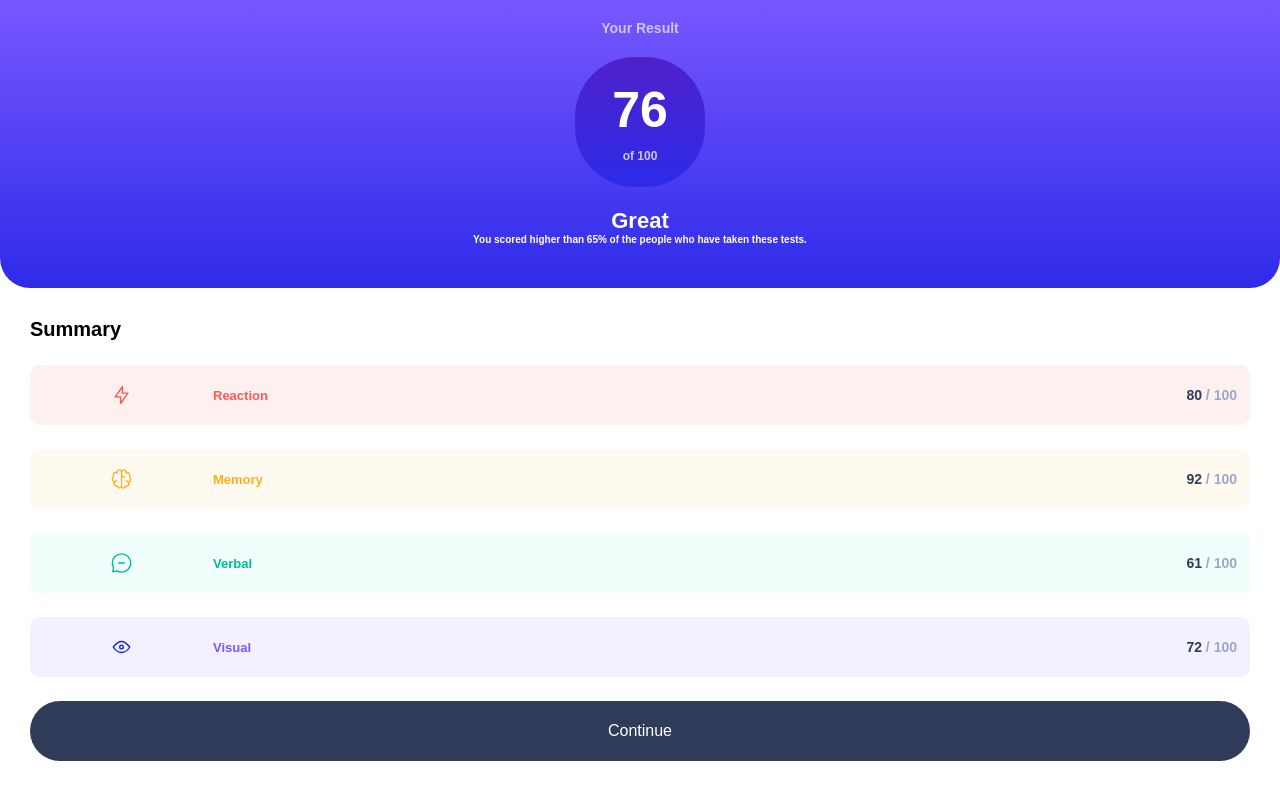
Repository: limaneto/frontend-mentor-results-summary
Page: index.html
These files come from the project's save history. The page is drawn as it stood at one moment and after the next save; the edit follows.
The browser window is 1280 px wide. The pictures show the whole page.

Above is the page before, as saved 2023-11-06 10:11:27.

After the next save:
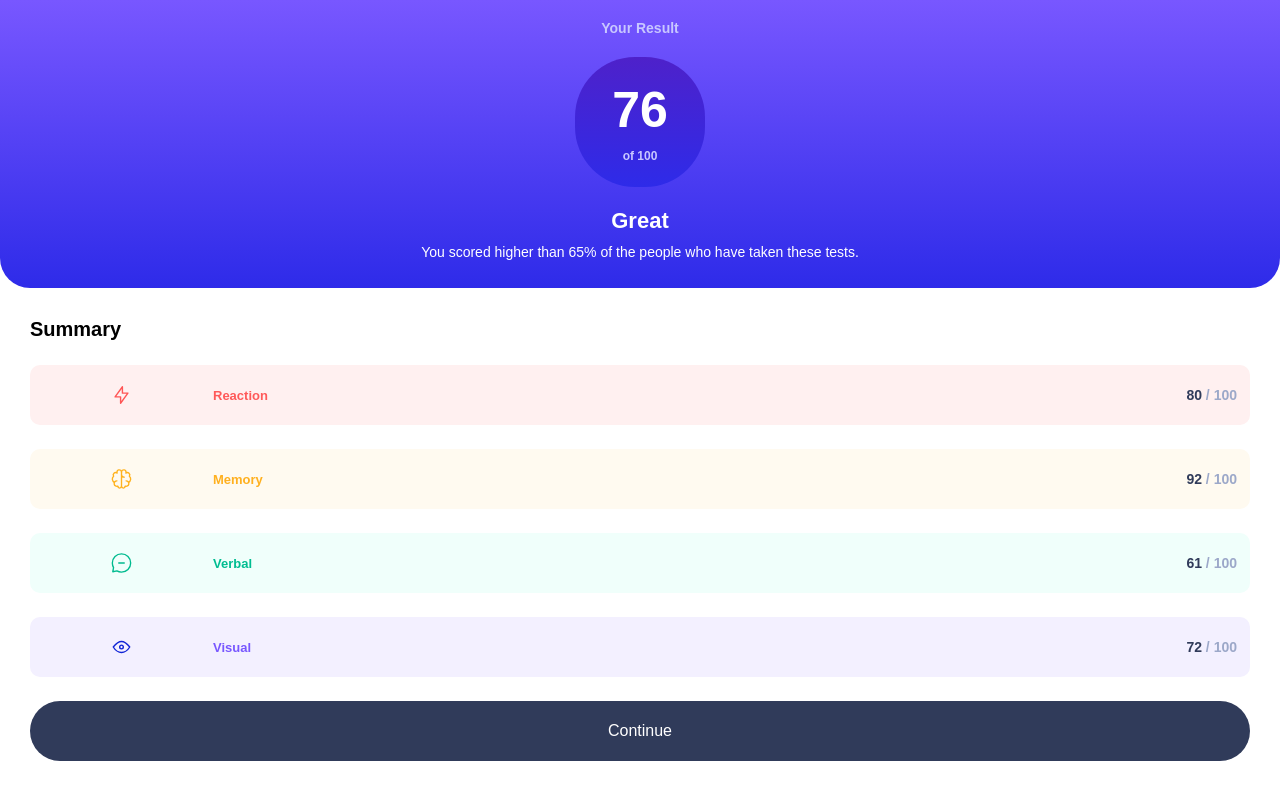
Saved 2 min 15 s later.
--- a/style.css
+++ b/style.css
@@ -90,8 +90,10 @@ section > h1 {
 }
 
 #score-message > h5 {
-  font-size: 1rem;
-  margin-bottom: 10px;
+    padding: 10px 3rem;
+    font-size: 1.4rem;
+    font-weight: 400;
+    margin-bottom: 10px;
 }
 
 summary {
